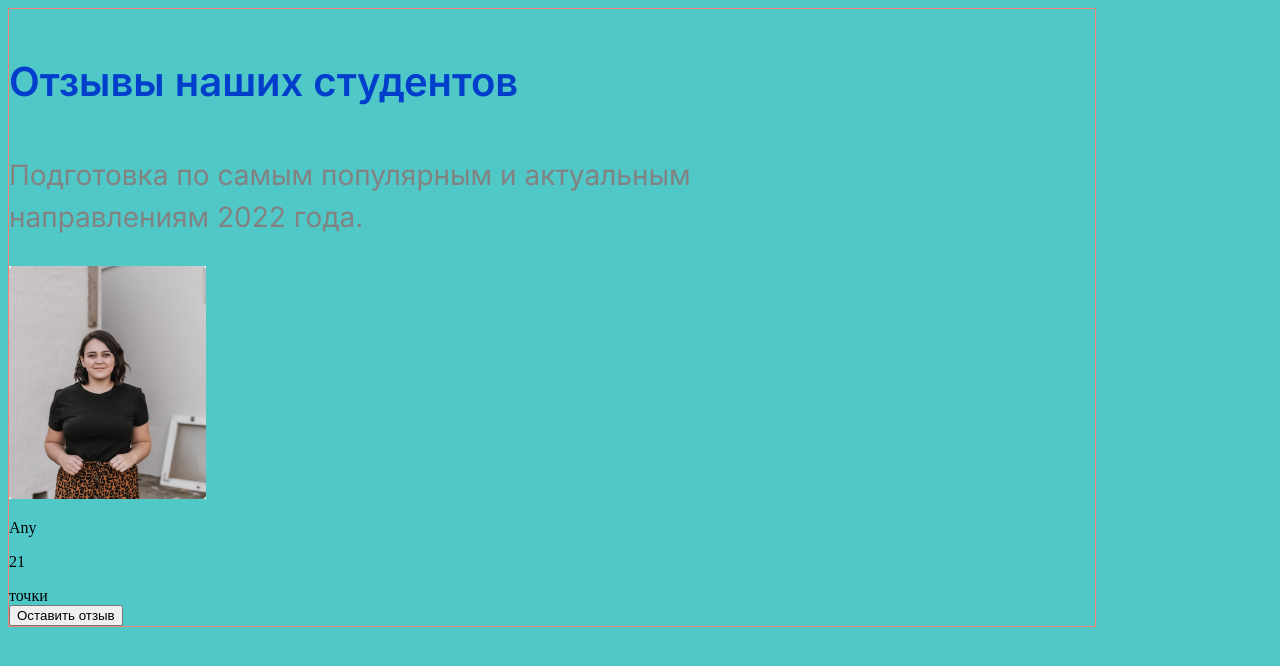
Repository: Malvuna/Studi
Page: index.html
An editor plug-in stored every save of this project. The page is shown before and after a run of saves, followed by the edit.
The browser window is 1280 px wide. The pictures show the whole page.

Above is the page before, as saved 2022-07-11 17:10:11.

### index.html

<!DOCTYPE html>
<html lang="en">
  <head>
    <meta charset="UTF-8" />
    <meta http-equiv="X-UA-Compatible" content="IE=edge" />
    <meta name="viewport" content="width=device-width, initial-scale=1.0" />
    <link rel="stylesheet" href="./css/style.css" />
    <link rel="preconnect" href="https://fonts.googleapis.com">
    <link rel="preconnect" href="https://fonts.gstatic.com" crossorigin>
    <link href="https://fonts.googleapis.com/css2?family=Caveat:wght@400;600;700&family=Inter:wght@400;600;700&display=swap" rel="stylesheet">
  <body>
    <header>
    </header>

    <main>
      <div id="container" class="container">

      <p class="h1">Отзывы наших студентов</p>
      <p class="head">Подготовка по самым популярным и актуальным </br> направлениям 2022 года.</p>
      <div id="divAllCard"> </div>
      <div>точки</div>
      <button>Оставить отзыв</button>

    </div>
    </main>


    <footer>

    </footer>

  </body>
  <script type="module" src="./javascript/javascript.js"></script>
</html>

### css/style.css
body {
  background-color: rgb(80, 200, 200);
}

.container {
  width: 1086px;
  border: 1px salmon solid;
  text-align: left;
}

.h1 {
  font-family: "Inter";
  font-style: normal;
  font-weight: 600;
  font-size: 40px;
  line-height: 65px;
  color: #003ecb;
}

.head {
  font-family: "Inter";
  font-style: normal;
  font-weight: 400;
  font-size: 28px;
  line-height: 42px;
  color: #828282;
}

### javascript/javascript.js
//Общий контейнер
let container = document.querySelector("#container");

//див с карточками
let divAllCard = document.querySelector("#divAllCard");

//див одной карточки
let divOneCard = document.createElement("div");
divAllCard.append(divOneCard);



//карточка левый блок
let cardLeft = document.createElement("div");
divOneCard.append(cardLeft);

let cardImg = document.createElement("img");
cardImg.src = "/img/Photo.jpg"
cardLeft.append(cardImg);

let textName = document.createElement("p");
textName.innerHTML = "Any";
cardLeft.append(textName);

let textAge = document.createElement("p");
textAge.innerHTML = "21";
cardLeft.append(textAge);

//карточка парвый блок
let cardRight = document.createElement("div");
divOneCard.append(cardRight);

After the next 3 saves:
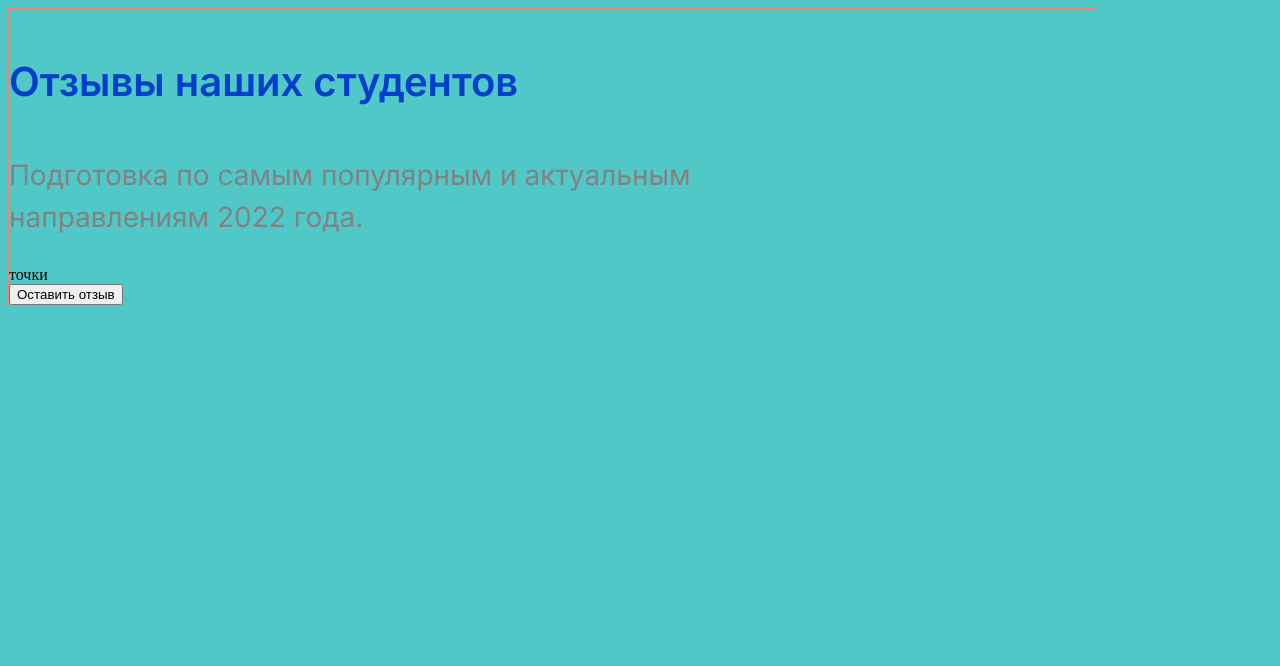
Console error: SyntaxError: Identifier 'textName' has already been declared
The 3 saves are shown as one change because they came seconds apart.
The last was saved 22 s later.
--- a/javascript/javascript.js
+++ b/javascript/javascript.js
@@ -29,3 +29,7 @@ cardLeft.append(textAge);
 //карточка парвый блок
 let cardRight = document.createElement("div");
 divOneCard.append(cardRight);
+
+let textName = document.createElement("p");
+textName.innerHTML = "Any";
+cardLeft.append(textName);

After the save that followed:
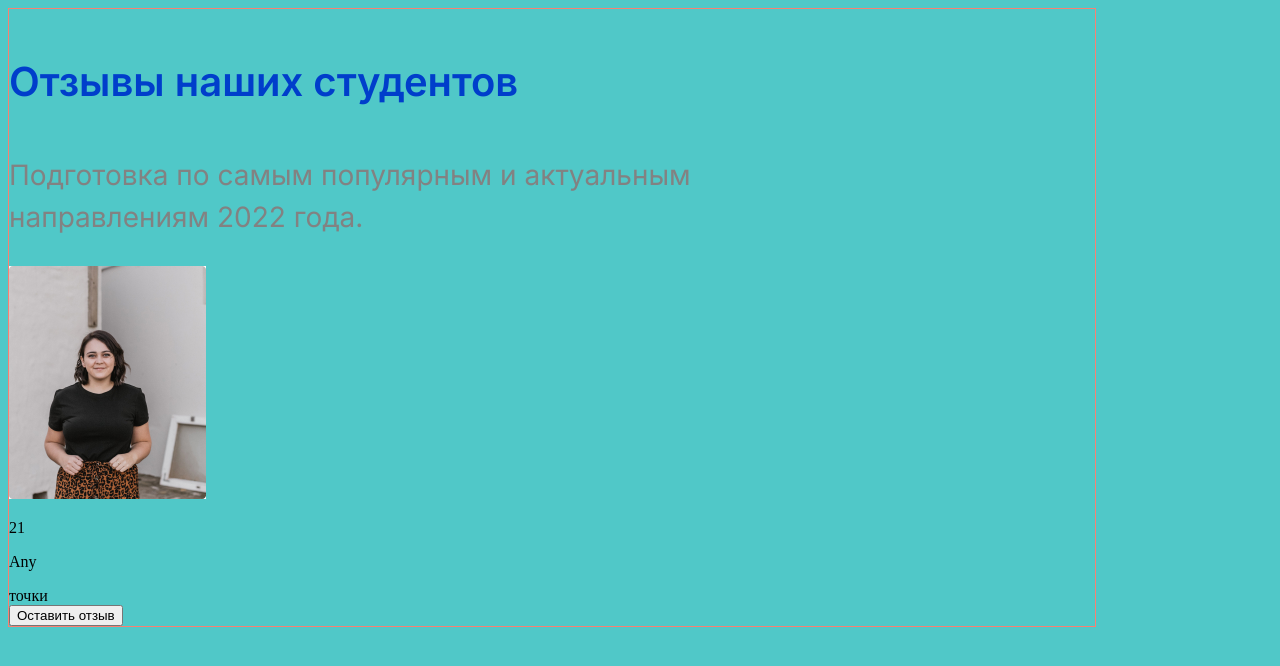
The error is gone.
Saved 20 s later.
--- a/javascript/javascript.js
+++ b/javascript/javascript.js
@@ -30,6 +30,6 @@ cardLeft.append(textAge);
 let cardRight = document.createElement("div");
 divOneCard.append(cardRight);
 
-let textName = document.createElement("p");
+let textHead = document.createElement("p");
 textName.innerHTML = "Any";
 cardLeft.append(textName);
